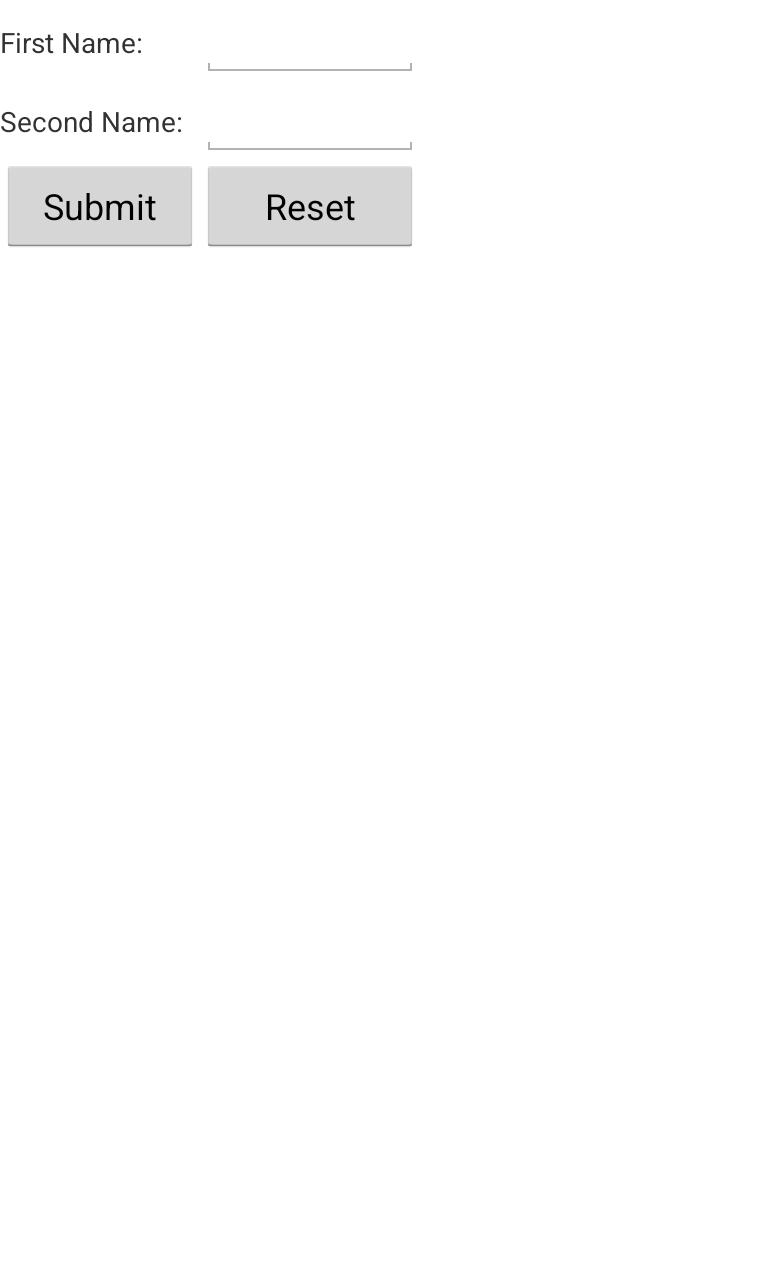
Repository: hugoM1/trainingNaranya
Layout: Layouts/res/layout/activity_table_layout.xml
The author's editor kept a copy of each file at every save. The layout is drawn from the files as they stood at one save, then again after the next save.
It is drawn on a 768 x 1280 px phone screen (xhdpi) without system bars, with theme AppTheme; the app's code is not run.

Above is the layout before, as saved 2013-08-14 02:01:55.

### Layouts/res/layout/activity_table_layout.xml
<?xml version="1.0" encoding="utf-8"?>
<TableLayout
    android:id="@+id/TableLayout01"
	android:layout_width="fill_parent"
	android:layout_height="fill_parent"
	xmlns:android="http://schemas.android.com/apk/res/android">

	<TableRow
	    android:id="@+id/TableRow01">
		<TextView
		    android:id="@+id/TextView01"
		    android:text="@string/first_name"
			android:width="100dp" />
		<EditText
		    android:id="@+id/EditText01"
		    android:width="220px" />
	</TableRow>
	<TableRow
	    android:id="@+id/TableRow02">
		<TextView
		    android:id="@+id/TextView02"
		    android:text="Second Name:" />
		<EditText
		    android:id="@+id/EditText02" />
	</TableRow>
	<TableRow
	    android:id="@+id/TableRow03">
		<Button
		    android:id="@+id/Button01"
			android:layout_width="wrap_content"
			android:layout_height="wrap_content"
			android:text="Submit" />
		<Button
		    android:id="@+id/Button02"
			android:layout_width="wrap_content"
			android:layout_height="wrap_content"
			android:text="Reset"
			android:width="100px" />
	</TableRow>
</TableLayout>

### Layouts/res/values/strings.xml
<?xml version="1.0" encoding="utf-8"?>
<resources>

    <string name="app_name">Layouts</string>
    <string name="action_settings">Settings</string>
    <string name="hello_world">Hello world!</string>
    <string name="button1">Table Layout</string>
    <string name="button2">Absolute Layout</string>
    <string name="button3">Relative Layout</string>
    <string name="button4">Frame LAyout</string>
    <string name="title_activity_table_layout">TableLayoutActivity</string>
    <string name="title_activity_absolute_layout">AbsoluteLayoutActivity</string>
    <string name="title_activity_relative_layout">RelativeLayoutActivity</string>
    <string name="title_activity_frame_layout">FrameLayoutActivity</string>
    <string name="first_name">First Name:</string>

</resources>

Loaded but not shown: Layouts/res/values/styles.xml (common file); Layouts/res/values-v11/styles.xml (common file); Layouts/res/values-v14/styles.xml (common file)

After the next save:
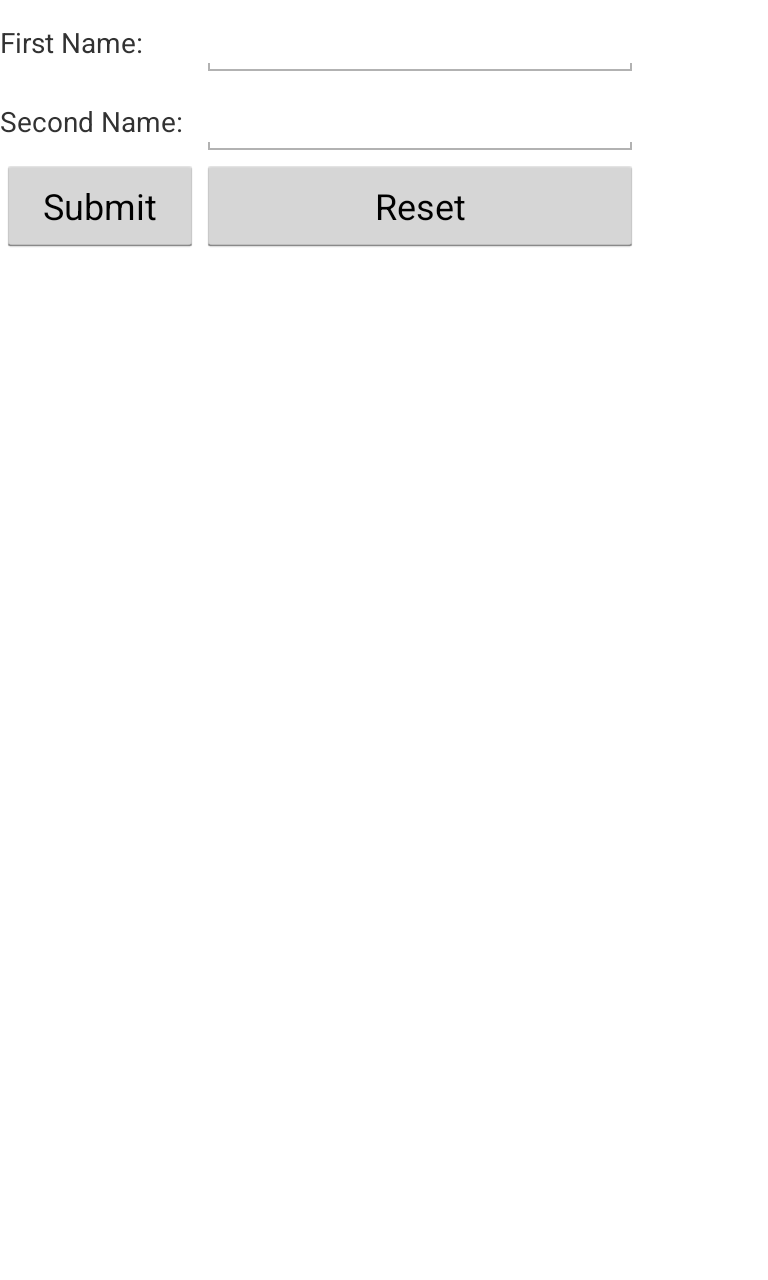
Saved 10 s later.
--- a/Layouts/res/layout/activity_table_layout.xml
+++ b/Layouts/res/layout/activity_table_layout.xml
@@ -13,7 +13,7 @@
 			android:width="100dp" />
 		<EditText
 		    android:id="@+id/EditText01"
-		    android:width="220px" />
+		    android:width="220dp" />
 	</TableRow>
 	<TableRow
 	    android:id="@+id/TableRow02">
